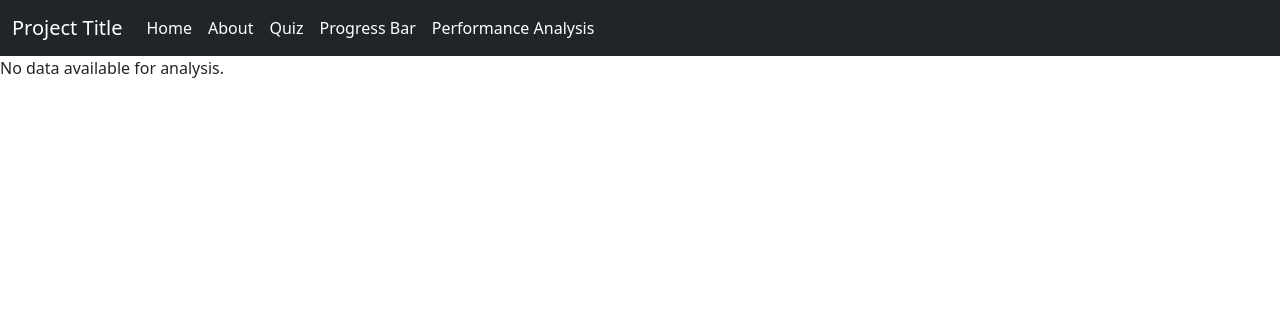
Repository: rahul-chakradhari/devquest
Page: /ana (app in project/)
These files come from the project's save history. The page is drawn as it stood at one moment and after the next save; the edit follows.
The browser window is 1280 px wide. The pictures show the whole page.
The project was rebuilt for these pictures with package versions that can differ from the ones it lists, and the page was loaded fresh each time. Also part of the build but not shown: project/vite.config.js, project/src/App.css, project/src/components/Home.jsx, project/src/components/About.jsx, project/src/components/ProgressBar.jsx, project/src/components/Quiz.jsx, project/src/index.css.

Above is the page before, as saved 2025-02-23 16:47:01.

After the next save:
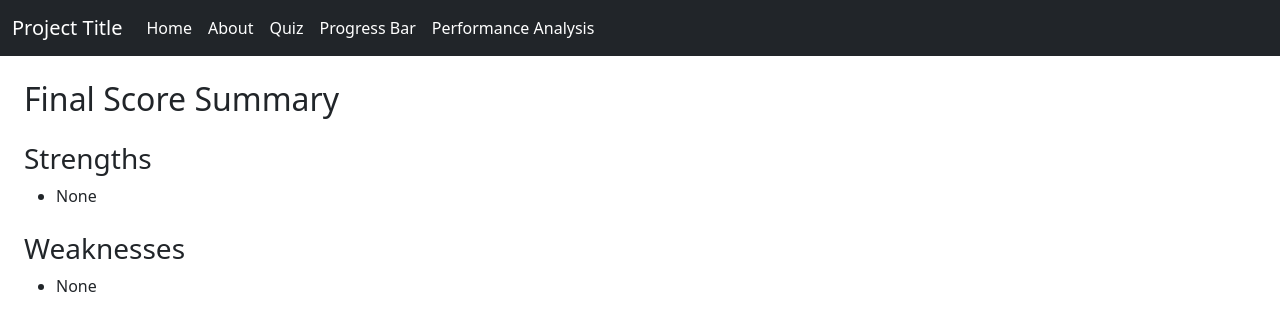
Saved 7 s later.
--- a/project/src/components/PerformanceAnalysis.jsx
+++ b/project/src/components/PerformanceAnalysis.jsx
@@ -1,67 +1,42 @@
 import React from "react";
 
 const PerformanceAnalysis = ({ questionStats }) => {
-  if (!questionStats || Object.keys(questionStats).length === 0) {
-    return <p>No data available for analysis.</p>;
-  }
+  // Convert questionStats object into an array of [operation, count]
+  const operationCounts = Object.entries(questionStats);
 
-  // Convert questionStats object into an array of { operation, correct, incorrect, total, accuracy }
-  const operationAnalysis = Object.entries(questionStats).map(
-    ([operation, stats]) => ({
-      operation,
-      correct: stats.correct || 0,
-      incorrect: stats.incorrect || 0,
-      total: (stats.correct || 0) + (stats.incorrect || 0),
-      accuracy: stats.correct
-        ? Math.round(
-            (stats.correct / ((stats.correct || 0) + (stats.incorrect || 0))) *
-              100
-          )
-        : 0,
-    })
-  );
+  // Finding max & min attempted operations
+  const maxCount = Math.max(...Object.values(questionStats));
+  const minCount = Math.min(...Object.values(questionStats));
 
-  // Finding strengths & weaknesses based on accuracy
-  const maxAccuracy = Math.max(...operationAnalysis.map((op) => op.accuracy));
-  const minAccuracy = Math.min(...operationAnalysis.map((op) => op.accuracy));
+  // Identify strengths (most attempted) and weaknesses (least attempted)
+  const strengths = operationCounts
+    .filter(([_, count]) => count === maxCount)
+    .map(([operation]) => operation);
 
-  const strengths = operationAnalysis
-    .filter((op) => op.accuracy === maxAccuracy)
-    .map((op) => `${op.operation} (Accuracy: ${op.accuracy}%)`);
-
-  const weaknesses = operationAnalysis
-    .filter((op) => op.accuracy === minAccuracy)
-    .map((op) => `${op.operation} (Accuracy: ${op.accuracy}%)`);
+  const weaknesses = operationCounts
+    .filter(([_, count]) => count === minCount)
+    .map(([operation]) => operation);
 
   return (
     <div className="p-4 bg-white rounded-lg shadow-md">
-      <h2 className="text-xl font-semibold">📊 Performance Analysis</h2>
+      <h2 className="text-xl font-semibold">Final Score Summary</h2>
 
-      <h3 className="mt-4 font-semibold text-green-600">✅ Strengths</h3>
+      <h3 className="mt-4 font-semibold text-green-600">Strengths</h3>
       <ul>
         {strengths.length > 0 ? (
           strengths.map((s, index) => <li key={index}>✅ {s}</li>)
         ) : (
-          <li>No strengths identified.</li>
+          <li>None</li>
         )}
       </ul>
 
-      <h3 className="mt-4 font-semibold text-red-600">❌ Weaknesses</h3>
+      <h3 className="mt-4 font-semibold text-red-600">Weaknesses</h3>
       <ul>
         {weaknesses.length > 0 ? (
           weaknesses.map((w, index) => <li key={index}>❌ {w}</li>)
         ) : (
-          <li>No weaknesses identified.</li>
+          <li>None</li>
         )}
-      </ul>
-
-      <h3 className="mt-4 font-semibold text-blue-600">📈 Accuracy Report</h3>
-      <ul>
-        {operationAnalysis.map((op, index) => (
-          <li key={index}>
-            🔹 {op.operation}: {op.correct}/{op.total} correct ({op.accuracy}%)
-          </li>
-        ))}
       </ul>
     </div>
   );
